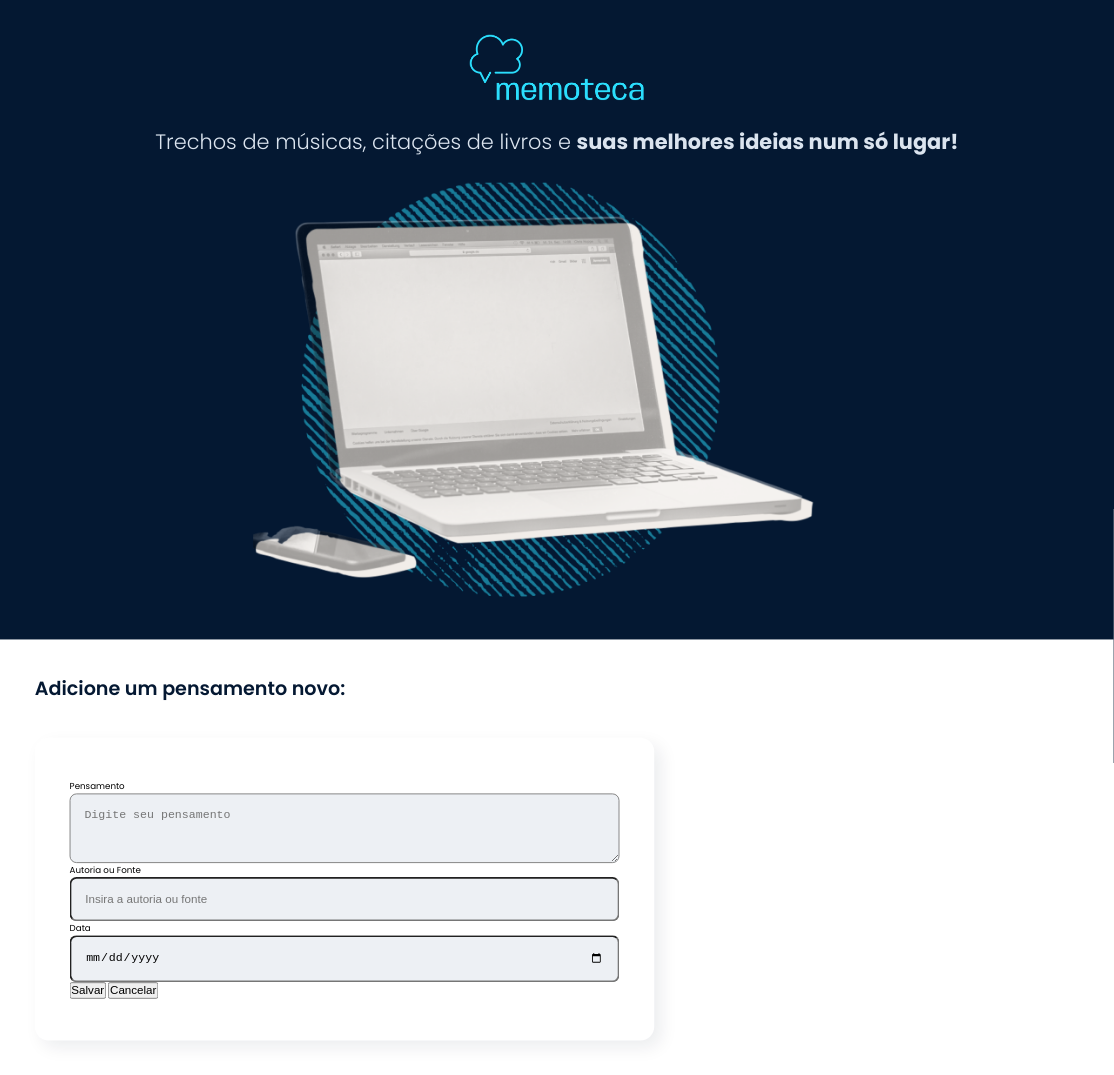
Repository: joaoPraiaJunior/crud_js
Page: index.html
These files come from the project's save history. The page is drawn as it stood at one moment and after the next save; the edit follows.
The browser window is 1280 px wide. The pictures show the whole page, at 87% of full size.

Above is the page before, as saved 2024-09-26 22:48:15.

### index.html
<!doctype html>
<html lang="pt-BR" dir="ltr">
	<head>
		<meta charset="UTF-8">
		<meta name="viewport" content="width=device-width, initial-scale=1">
		<title>CRUD de Pensamentos</title>
		<link rel="preconnect" href="https://fonts.googleapis.com">
		<link rel="preconnect" href="https://fonts.gstatic.com" crossorigin>
		<link href="https://fonts.googleapis.com/css2?family=Poppins:ital,wght@0,100;0,200;0,300;0,400;0,500;0,600;0,700;0,800;0,900;1,100;1,200;1,300;1,400;1,500;1,600;1,700;1,800;1,900&display=swap" rel="stylesheet">
		<link href="https://fonts.googleapis.com/css2?family=Roboto+Mono:ital,wght@0,100..700;1,100..700&display=swap" rel="stylesheet">
		<link rel="stylesheet" href="css/styles.css">
	</head>
	<body>
		<header class="cabecalho">
			<div class="logo">
				<img src="assets/imagens/logo.png" alt="Logo do CRUD meus pensamentos">
				<h1>
					Trechos de músicas,
					citações de livros e
					<strong>suas melhores ideias num só lugar!</strong>
				</h1>
			</div>
			<div class="imagem-cabecalho">
				<img src="assets/imagens/computador-cabecalho.png" aria-hidden="true" alt>
			</div>
		</header>
		<main class="background-overlay">
			<div class="overlay"></div>
			<div class="overlay overlay-color"></div>
			<section>
				<h2>Adicione um pensamento novo:</h2>
				<div id="form-container">
					<form id="pensamento-form" data-js="formulario">
						<input type="hidden" id="pensamento-id" name="id">
						<label for="pensamento-conteudo">Pensamento</label>
						<textarea id="pensamento-conteudo" name="conteudo" placeholder="Digite seu pensamento" minlength="10" maxlength="200" required></textarea>
						<label for="pensamento-autoria"> Autoria ou Fonte </label>
						<input type="text" id="pensamento-autoria" name="autoria" placeholder="Insira a autoria ou fonte" minlength="3" maxlength="15" required>
						<label for="pensamento-data">Data</label>
						<input type="date" name="data" id="pensamento-data" required>
						<div class="form-botoes">
							<button type="submit" id="botao-salvar">Salvar</button>
							<button type="reset" id="botao-cancelar" data-js="botao-resetar-formulario">Cancelar</button>
						</div>
					</form>
				</div>
			</section>
			<!-- <section id="lista-pensamentos-container">
				<h3>Meu Mural</h3>
                <div id="busca-container">
                    <label for="campo-busca">
                        <input type="search" name="busca" id="campo-busca" placeholder="O que você procura?" data-js="busca-pensamento">
                    </label>
                </div>
				<div id="mensagem-vazia" class="mensagem-vazia" data-js="mural-vazio">
					<img src="assets/imagens/lista-vazia.png" alt="Nenhum pensamento disponível">
					<p>Nada por aqui ainda, que tal compartilhar alguma ideia?</p>
				</div>
				<ul id="lista-pensamentos" data-js="lista-de-pensamentos"></ul>
			</section> -->
		</main>
		<!-- <footer>
			<p>&copy; 2024 Desenvolvido por Alura. Projeto fictício sem fins comerciais.</p>
		</footer>

		<script type="module" src="./js/main.js"></script> -->
	</body>
</html>

### css/styles.css
* {
	margin: 0;
	padding: 0;
	box-sizing: border-box;
}

html {
	font-size: 62.5%;
	scroll-behavior: smooth;
}

:root {
	--Baby-blue: #dbe4ef;
	--Azul-Dark: #041832;
	--Cinza-claro: #edf0f4;
	--Cinza-medio: #8f8f8f;
	--Cinza: #444;
	--font-primaria: 'Poppins', sans-serif;
	--font-secundaria: 'Roboto Mono', sans-serif;
}

body {
	font-family: var(--font-primaria);
}

h2,
h3 {
	color: var(--Azul-Dark, #041832);
	font-family: var(--font-primaria);
	font-size: 2.2rem;
	font-style: normal;
	font-weight: 600;
	line-height: normal;
}

header {
	display: flex;
	flex-direction: column;
	justify-content: center;
	align-items: center;
	gap: 3rem;
	background: var(--Azul-Dark, #041832);
	padding: 4rem;
}

.logo {
	display: flex;
	flex-direction: column;
	align-items: center;
	gap: 3rem;
}

.logo img {
	max-width: 20rem;
}

.logo h1 {
	color: var(--Baby-blue, #dbe4ef);
	font-family: var(--font-primaria);
	font-size: 2.4rem;
	font-weight: 300;
	line-height: 3.5rem;
	text-align: center;
}

.imagem-cabecalho img {
	max-width: 100%;
}

main {
	padding: 4rem;
}

#form-container {
	display: flex;
	flex-direction: column;
	align-items: center;
	justify-content: center;
	gap: 4rem;
	background: #fff;
	margin-top: 4rem;
	border-radius: 1.6rem;
	padding: 4.8rem 4rem;
	box-shadow: 8px 8px 20px 0px rgba(4, 24, 50, 0.08);
	width: 100%;
	max-width: 71.2rem;
}

#pensamento-form {
	display: flex;
	flex-direction: column;
	width: 100%;
}

#pensamento-conteudo,
#pensamento-autoria,
#pensamento-data {
	padding: 1.6rem;
	border-radius: 8px;
	background: var(--Cinza-claro, #edf0f4);
}

#pensamento-conteudo {
	min-height: 8rem;
}

#pensamento-data {
	cursor: pointer;
}

/* main {
	padding-top: 12rem;
	flex: 1;
	display: flex;
	flex-direction: column;
	align-items: center;
	position: relative;
	min-height: 280vh;
	box-sizing: border-box;
}

.overlay {
	position: absolute;
	top: 0;
	left: 0;
	width: 100%;
	height: 100%;
	background-image: url('/assets/imagens/background.png');
	background-size: cover;
	opacity: 0.5;
	z-index: -1;
}

.overlay-color {
	background-color: #f4f4f4;
}


.conteudo-cabecalho {
	display: flex;
	justify-content: center;
	gap: 3.2rem;
	align-items: center;
}

header .logo {
	display: flex;
	flex-direction: column;
	gap: 4.8rem;
}

header .logo img {
	max-width: 20rem;
}

header .logo h1 {
	color: var(--Baby-blue, #dbe4ef);
	font-family: var(--font-primaria);
	align-self: center;
	font-size: 5.2rem;
	font-weight: 300;
	line-height: 6.76rem;
}


footer {
	padding: 32px 360px;
	background: #041832;
	color: var(--Baby-blue, #dbe4ef);
	text-align: center;
	width: 100%;
	position: relative;
	left: 0;
}

h2,
h3 {
	color: var(--Azul-Dark, #041832);
	text-align: center;
	font-family: var(--font-primaria);
	font-size: 4.4rem;
	font-style: normal;
	font-weight: 600;
	line-height: normal;
}

#form-container {
	display: flex;
	padding: 4.8rem 4rem;
	flex-direction: column;
	align-items: center;
	gap: 4rem;
	align-self: center;
	justify-content: center;
	border-radius: 16px;
	position: relative;
	background: #fff;
	box-shadow: 8px 8px 20px 0px rgba(4, 24, 50, 0.08);
	width: 100%;
	max-width: 71.2rem;
	margin-top: 4rem;
}


#pensamento-form label {
	margin-bottom: 1.6rem;
	color: var(--Azul-Dark, #041832);
	font-family: var(--font-primaria);
	font-size: 2.2rem;
	font-style: normal;
	font-weight: 600;
	line-height: normal;
}

#pensamento-conteudo::placeholder,
#pensamento-autoria::placeholder {
	color: var(--Cinza-medio, #8f8f8f);
	font-family: var(--font-primaria);
	font-size: 1.6rem;
	font-style: normal;
	font-weight: 400;
	line-height: normal;
}

#pensamento-form textarea,
#pensamento-form input {
	margin-bottom: 2.4rem;
	outline: none;
	border-style: none;
	font-size: 2rem;
	font-family: var(--font-primaria);
}

.form-botoes {
	display: flex;
	justify-content: center;
	gap: 1rem;
	padding-top: 1.6rem;
}

#botao-salvar,
#botao-cancelar {
	padding: 0.8rem 3.2rem;
	border-radius: 3.2rem;
	color: var(--Baby-blue, #dbe4ef);
	font-family: var(--font-primaria);
	font-size: 22px;
	font-style: normal;
	font-weight: 600;
	line-height: normal;
	cursor: pointer;
}

#botao-salvar {
	background: var(--Azul-Dark, #041832);
	min-width: 16rem;
}

#botao-cancelar {
	color: var(--Azul-Dark, #041832);
}

#lista-pensamentos-container {
	width: 100%;
	max-width: 120rem;
	margin: 4rem 0;
}

#lista-pensamentos-container h3 {
	display: flex;
	justify-content: center;
	flex-direction: column;
	margin: 4rem 0;
}

#lista-pensamentos-container h3::before {
	content: '';
	display: inline-block;
	align-self: center;
	width: 18rem;
	height: 0.1rem;
	background: #041832;
	margin: 5.8rem 0 4rem;
}

#lista-pensamentos {
	display: flex;
	flex-wrap: wrap;
	justify-content: space-between;
	row-gap: 3.2rem;
	padding: 0;
	list-style: none;
}

/* .li-pensamento {
	position: relative;
	padding: 1.6rem;
	background: var(--Branco, #fff);
	box-shadow: 0.8rem 0.8rem 0rem 0rem #154580;
	flex: 1 1 calc(33.333% - 24px);
	max-width: calc(33.333% - 24px);
	min-width: 38.4rem;
	min-height: 31.5rem;
	display: flex;
	flex-direction: column;
	overflow-wrap: break-word;
	word-wrap: break-word;
	hyphens: auto;
} */

/* .li-pensamento {
	display: flex;
	flex-direction: column;
	flex: 1 1 calc(33.333% - 24px);
	gap: 1.2rem;
	position: relative;
	background: var(--Branco, #fff);
	box-shadow: 0.8rem 0.8rem 0rem 0rem #154580;
	max-width: calc(33.333% - 2.4rem);
	min-width: 38.4rem;
	min-height: 31.5rem;
	padding: 2.4rem;
}

.icone-aspas {
	width: 6.4rem;
	height: 5rem;
}

.pensamento-conteudo,
.pensamento-autoria,
.pensamento-data {
	color: var(--Cinza, #444);
	font-family: var(--font-secundaria);
	hyphens: auto;
}

.pensamento-conteudo {
	font-size: 1.6rem;
	font-weight: 400;
}

.pensamento-autoria {
	font-size: 1.6rem;
	font-weight: 600;
}

.pensamento-data {
	font-size: 1.2rem;
	font-weight: 500;
	margin-bottom: 4rem;
}

.icones {
	position: absolute;
	bottom: 0;
	align-self: flex-end;
}

.botao-editar,
.botao-excluir,
.botao-favoritar {
	background: none;
	border: none;
	cursor: pointer;
	padding: 0.8rem;
	margin-left: 0.8rem;
}

.botao-editar img,
.botao-excluir img {
	width: 2rem;
	height: 2rem;
}

.botao-favoritar img {
	width: 2.3rem;
}

.mensagem-vazia {
	display: none;
	text-align: center;
	color: var(--Azul-Dark, #041832);
	margin-top: 40px;
}

.mensagem-vazia img {
	max-width: 200px;
	margin-bottom: 20px;
}

.mensagem-vazia p {
	font-family: var(--font-primaria);
	font-size: 2.2rem;
	font-weight: 400;
	line-height: 3.3rem;
	text-align: center;
}

#busca-container {
	display: flex;
	align-items: center;
	width: 100%;
	max-width: 60rem;
	margin: 5.6rem auto;
	padding: 0 1.6rem;
}

#busca-container label {
	display: flex;
	align-items: center;
}

#campo-busca {
	flex: 1;
	width: 57.2rem;
	height: 4.8rem;
	padding: 0.8rem 4.5rem;
	border-radius: 3.2rem;
	border: 0.1rem solid #144480;
	font-family: var(--font-primaria);
	font-size: 1.6rem;
	font-weight: 400;
	outline: none;
}

#busca-container label::before {
	content: url('../assets/imagens/lupa.png');
	display: block;
	position: relative;
	left: 3.5rem;
	width: 2.4rem;
	height: 2.4rem;
}  */

After the next save:
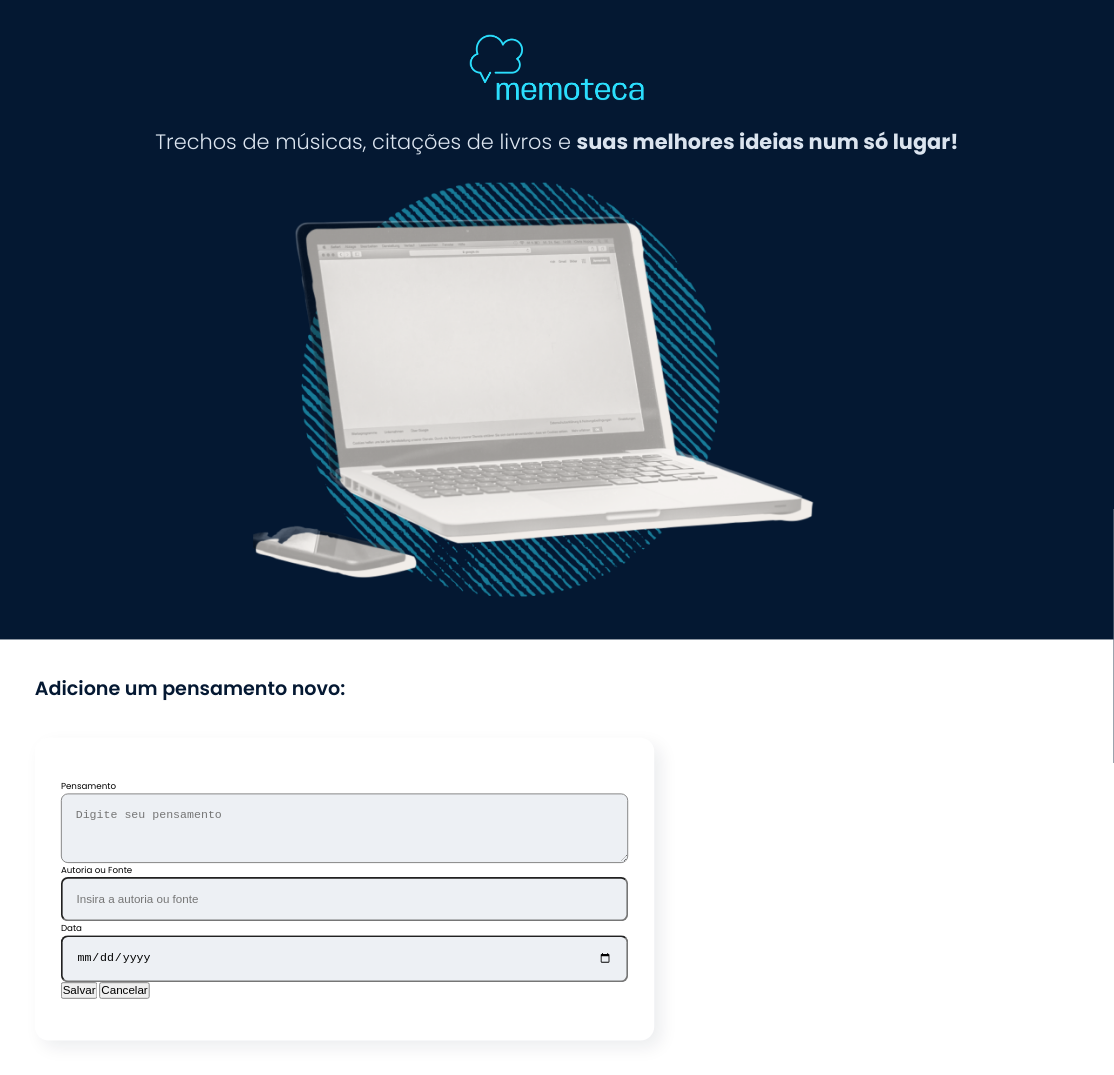
Saved 19 s later.
--- a/css/styles.css
+++ b/css/styles.css
@@ -80,7 +80,7 @@ main {
 	background: #fff;
 	margin-top: 4rem;
 	border-radius: 1.6rem;
-	padding: 4.8rem 4rem;
+	padding: 4.8rem 3rem;
 	box-shadow: 8px 8px 20px 0px rgba(4, 24, 50, 0.08);
 	width: 100%;
 	max-width: 71.2rem;
